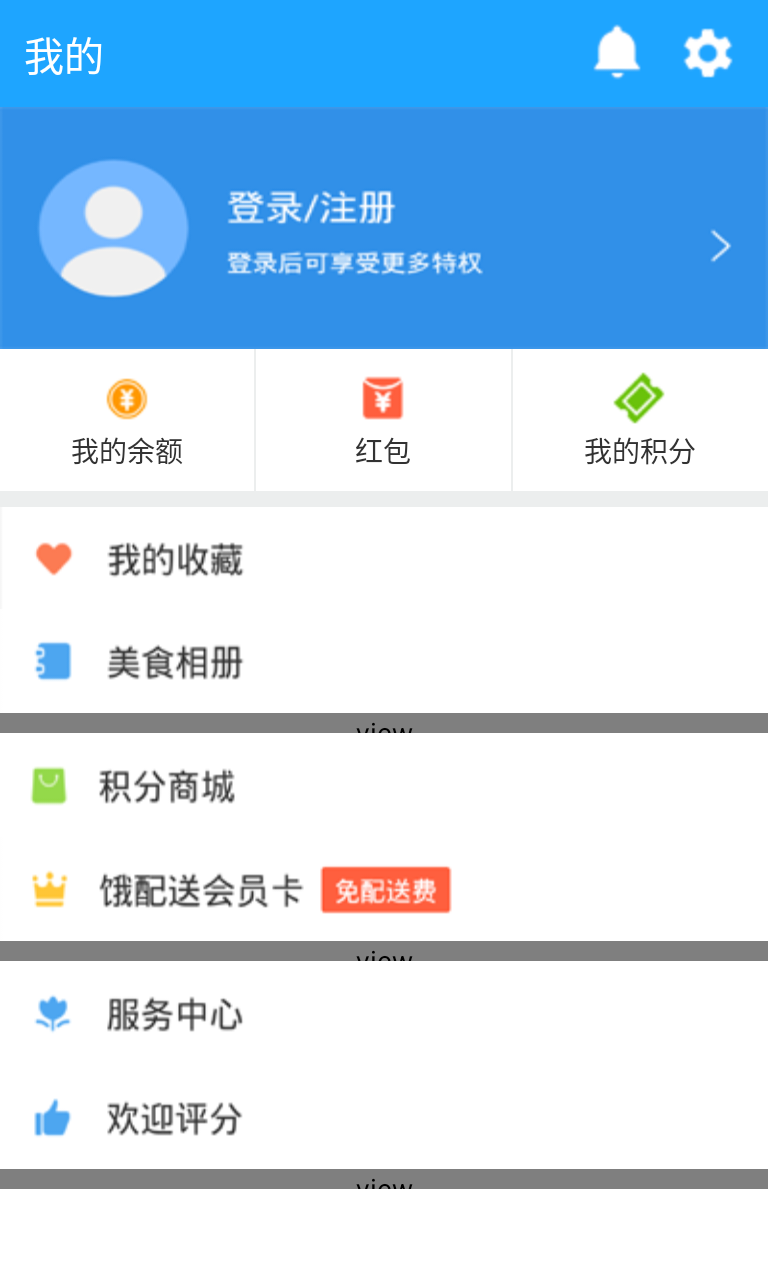
Repository: shi1hh/v
Layout: HungryTest/res/layout/fragment_wode.xml
An editor plug-in stored every save of this project. The layout is shown before and after the next save, followed by the edit.
Pictures or frames that could not be fetched are drawn as grey boxes. It is drawn on a 768 x 1280 px phone screen (xhdpi) without system bars, with theme android:Theme.Light.NoTitleBar; the app's code is not run.

Above is the layout before, as saved 2015-10-25 15:05:39.

After the next save:
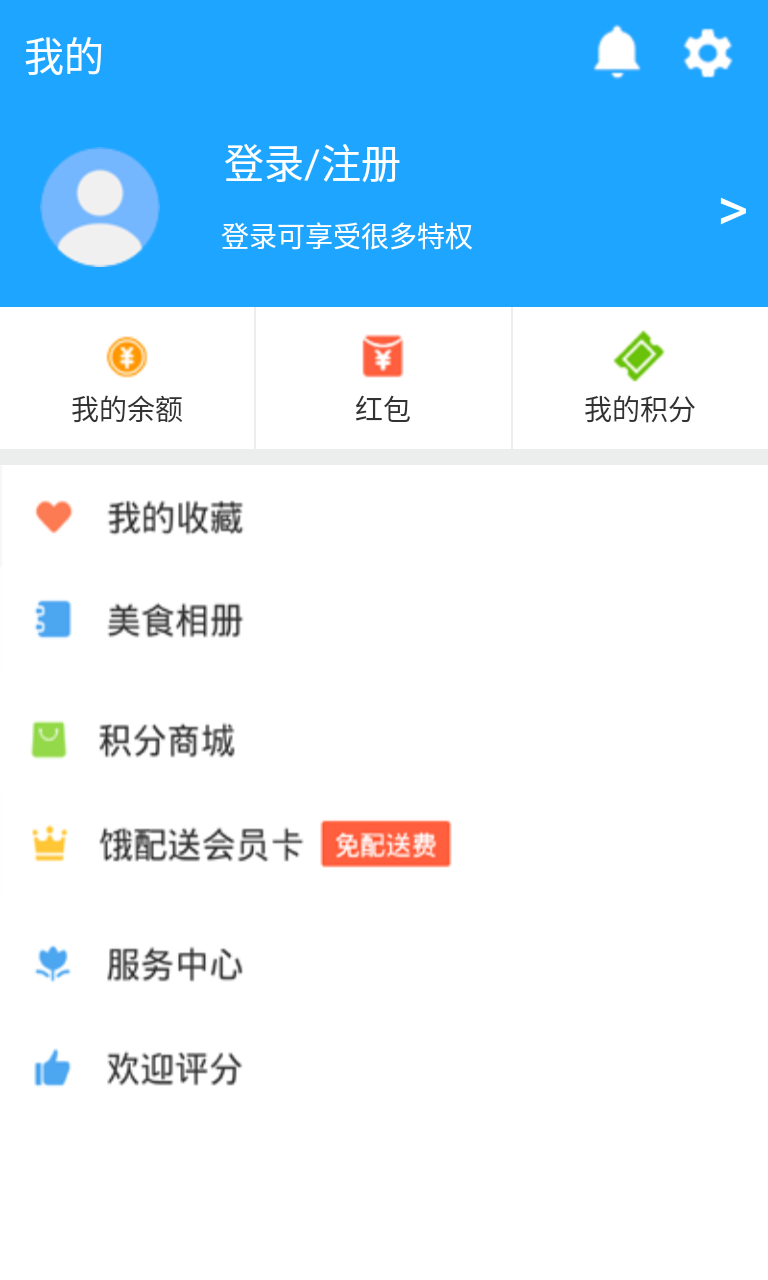
Saved 94 s later.
--- a/HungryTest/res/layout/fragment_wode.xml
+++ b/HungryTest/res/layout/fragment_wode.xml
@@ -5,6 +5,7 @@
     android:orientation="vertical" >
 
     <RelativeLayout
+
         android:layout_width="match_parent"
         android:layout_height="wrap_content"
         android:background="@color/blackground" >
@@ -26,11 +27,11 @@
             android:layout_height="wrap_content"
             android:layout_centerVertical="true"
             android:layout_marginRight="15dp"
-            android:layout_toLeftOf="@+id/button1"
+            android:layout_toLeftOf="@+id/button_setting"
             android:background="@drawable/wodetitle1" />
 
         <Button
-            android:id="@+id/button1"
+            android:id="@+id/button_setting"
             android:layout_width="wrap_content"
             android:layout_height="wrap_content"
             android:layout_alignParentRight="true"
@@ -38,12 +39,56 @@
             android:layout_marginRight="15dp"
             android:background="@drawable/wodetitle2" />
     </RelativeLayout>
+<RelativeLayout
+    android:layout_width="match_parent"
+    android:background="@color/blackground"
+           android:id="@+id/login"
+    android:layout_height="wrap_content">
 
-    <Button
-        android:id="@+id/button3"
-        android:layout_width="match_parent"
-        android:layout_height="wrap_content"
-        android:background="@drawable/wodeuserlogo" />
+
+       <ImageView
+           android:id="@+id/imageView_figure"
+           android:layout_width="wrap_content"
+           android:layout_height="wrap_content"
+           android:layout_alignParentLeft="true"
+           android:maxHeight="60dp"
+           android:padding="20dp"
+           android:scaleType="fitXY"
+       android:layout_centerVertical="true"
+           android:src="@drawable/wodelogo" />
+
+       <TextView
+           android:id="@+id/textView3"
+           android:layout_width="wrap_content"
+           android:layout_height="wrap_content"
+           android:layout_alignParentRight="true"
+                  android:layout_centerVertical="true"
+           android:textSize="30sp"
+           android:layout_marginRight="10dp"
+           android:textColor="@color/white"
+           android:text=">" />
+
+       <TextView
+           android:id="@+id/textView_login"
+           style="@style/normal_text"
+           android:layout_width="wrap_content"
+           android:layout_height="wrap_content"
+           android:layout_alignParentTop="true"
+
+           android:layout_toRightOf="@+id/imageView_figure"
+           android:text="登录/注册" />
+
+       <TextView
+           android:id="@+id/textView_login_note"
+           android:layout_width="wrap_content"
+           android:layout_height="wrap_content"
+           android:layout_alignLeft="@+id/textView_login"
+           android:layout_below="@+id/textView_login"
+           android:textColor="@color/white"
+           android:text="   登录可享受很多特权" />
+
+    </RelativeLayout>
+
 
     <LinearLayout
         android:layout_width="match_parent"
@@ -98,12 +143,9 @@
         android:id="@+id/button8"
         android:layout_width="wrap_content"
         android:layout_height="wrap_content"
-        android:background="@drawable/wodemeishixiangce" />
+        android:background="@drawable/wodemeishixiangce"
+        android:layout_marginBottom="8dp" />
 
-    <view
-        android:layout_width="match_parent"
-        android:layout_height="@dimen/divider_large"
-        android:backgroud="@color/divider" />
 
     <Button
         android:id="@+id/button9"
@@ -115,11 +157,9 @@
         android:id="@+id/button10"
         android:layout_width="wrap_content"
         android:layout_height="wrap_content"
-        android:background="@drawable/wodefanpeisong" />
-    <view
-        android:layout_width="match_parent"
-        android:layout_height="@dimen/divider_large"
-        android:backgroud="@color/divider" />
+        android:background="@drawable/wodefanpeisong"
+                android:layout_marginBottom="8dp" />
+
     <Button
         android:id="@+id/button11"
         android:layout_width="wrap_content"
@@ -130,9 +170,7 @@
         android:id="@+id/button12"
         android:layout_width="wrap_content"
         android:layout_height="wrap_content"
-        android:background="@drawable/wodehuanyingpingfen" />
-    <view
-        android:layout_width="match_parent"
-        android:layout_height="@dimen/divider_large"
-        android:backgroud="@color/divider" />
+        android:background="@drawable/wodehuanyingpingfen"
+                android:layout_marginBottom="8dp" />
+
 </LinearLayout>
